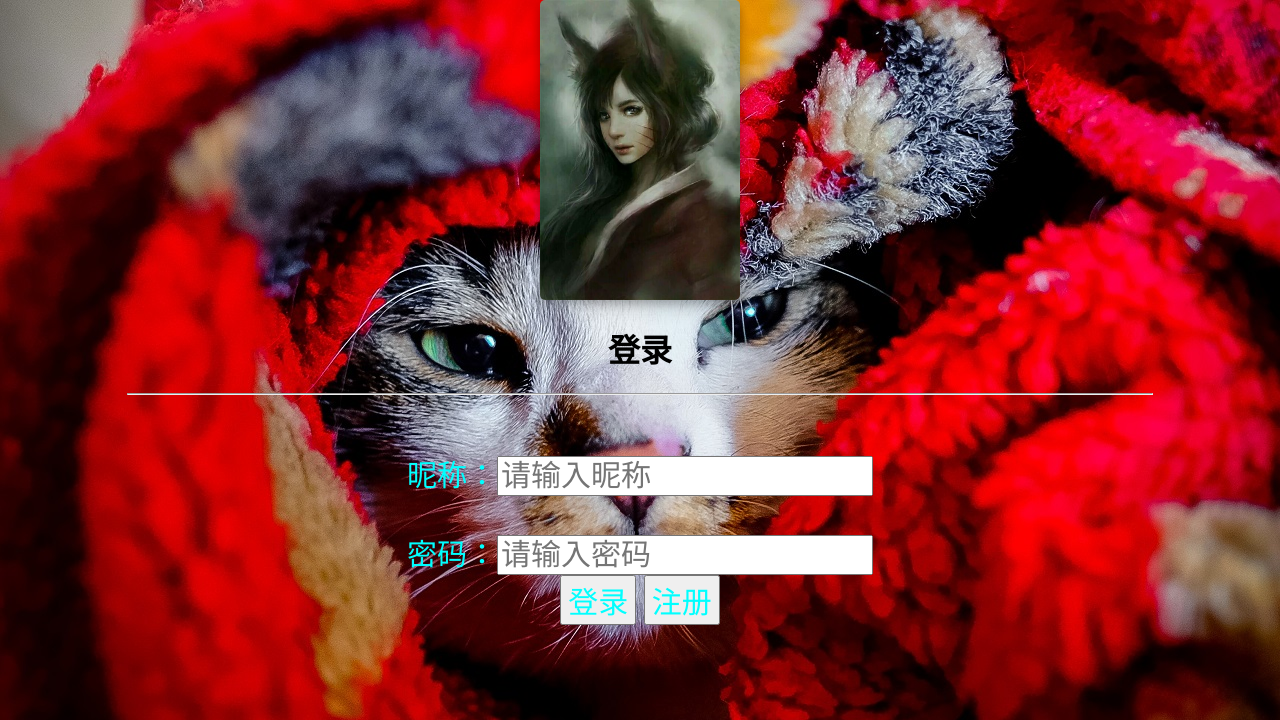
Repository: JuniorProjectTraining/free
Page: http://localhost/emss/login.jsp
The author's editor kept a copy of each file at every save. The page is drawn from the files as they stood at one save, then again after the next save.
The browser window is 1280 px wide. The pictures show the whole page.
Some web libraries are served in a nearby version. The page is served by Tomcat 9. Other server files are loaded and not shown.

Above is the page before, as saved 2019-12-25 13:53:48.

### emss/src/main/webapp/login.jsp
<%@ page language="java" contentType="text/html; charset=UTF-8"
	pageEncoding="UTF-8"%>
<!DOCTYPE html>
<html>
<head>
<meta charset="UTF-8">
<title>Insert title here</title>

<style type="text/css">
body {
	margin: 0;
	height: 100vh;
}

.nn, .nn input {
	font-family: "楷体";
	font-size: 30px;
	color: cyan;
}

#n {
	box-shadow: 0 4px 8px 0 rgba(0, 0, 0, 0.2), 0 6px 20px 0
		rgba(0, 0, 0, 0.19);
	width: 200px;
	height: 300px;
	border-radius: 32px;
	border-radius: 5px;
	cursor: pointer;
	transition: 0.3s;
}

#beijing {
	background-image: url(./image/parallex.jpg);
	background-size: 100%;
	background-repeat: no-repeat;
	height: 100%;
	text-align: center;
}
</style>
</head>
<body>
	<div id="beijing">
		<img id="n" src="./image/ali_27.jpeg">
		<h1 Style="text-align: center;">登录</h1>
		<hr width="80%">

		<form style="text-align: center;"
			action="${pageContext.request.contextPath }/EmpServlet?cmd=login"
			method="post">
			<br>
			<p class="nn">
				昵称：<input id="username" name="nickname" placeholder="请输入昵称" />
				<br>
				<br>
				密码：<input type="password" id="password" name="password"
					placeholder="请输入密码"/ >
					<br>
					<input type = "submit" value = "登录">
					<input type = "submit" value = "注册">
			</p>
		</form>
	</div>

	<script
		src="https://cdn.jsdelivr.net/npm/jquery@1.12.4/dist/jquery.min.js"></script>
	<!-- 加载 Bootstrap 的所有 JavaScript 插件。你也可以根据需要只加载单个插件。 -->
	<script
		src="https://cdn.jsdelivr.net/npm/bootstrap@3.3.7/dist/js/bootstrap.min.js"></script>
</body>
</html>

After the next save:
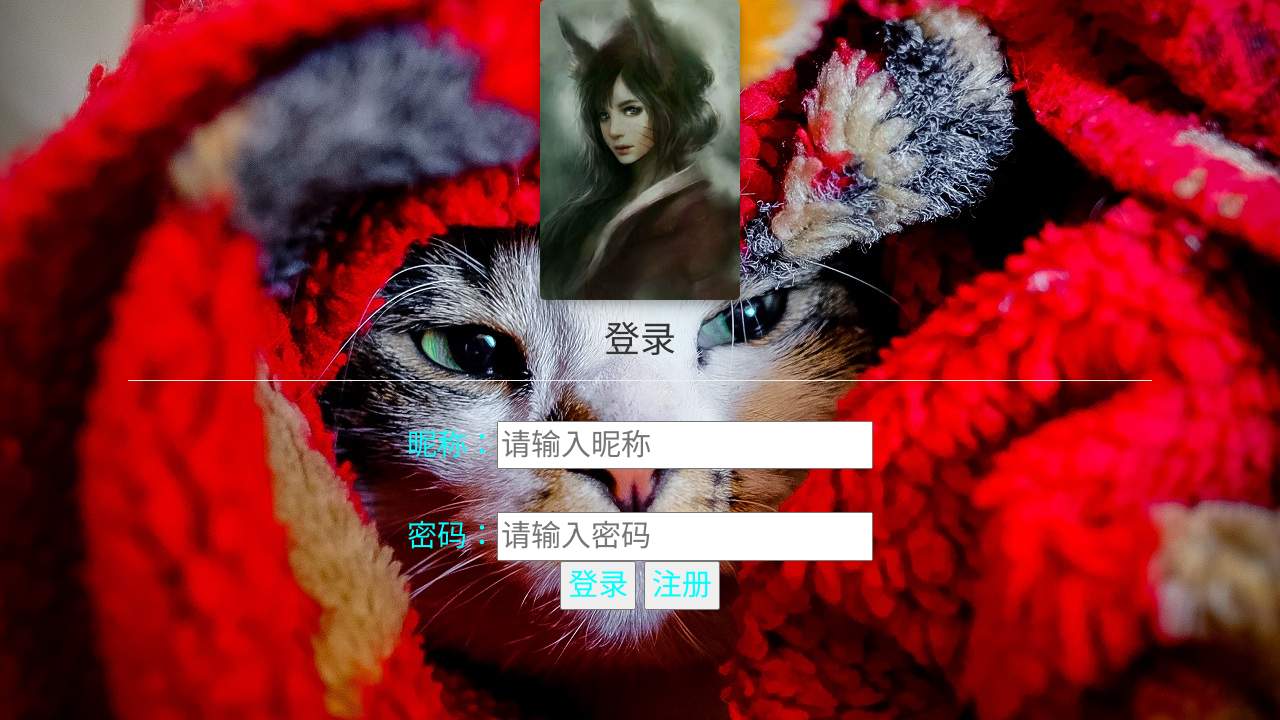
Saved 58 s later.
--- a/emss/src/main/webapp/login.jsp
+++ b/emss/src/main/webapp/login.jsp
@@ -5,6 +5,17 @@
 <head>
 <meta charset="UTF-8">
 <title>Insert title here</title>
+
+<meta http-equiv="X-UA-Compatible" content="IE=edge">
+<meta name="viewport" content="width=device-width, initial-scale=1">
+<!-- 上述3个meta标签*必须*放在最前面，任何其他内容都*必须*跟随其后！ -->
+<script src="https://cdn.staticfile.org/jquery/1.10.2/jquery.min.js"></script>
+
+<!-- Bootstrap -->
+
+<link
+	href="https://cdn.jsdelivr.net/npm/bootstrap@3.3.7/dist/css/bootstrap.min.css"
+	rel="stylesheet">
 
 <style type="text/css">
 body {
@@ -66,5 +77,6 @@ body {
 	<!-- 加载 Bootstrap 的所有 JavaScript 插件。你也可以根据需要只加载单个插件。 -->
 	<script
 		src="https://cdn.jsdelivr.net/npm/bootstrap@3.3.7/dist/js/bootstrap.min.js"></script>
+
 </body>
 </html>
